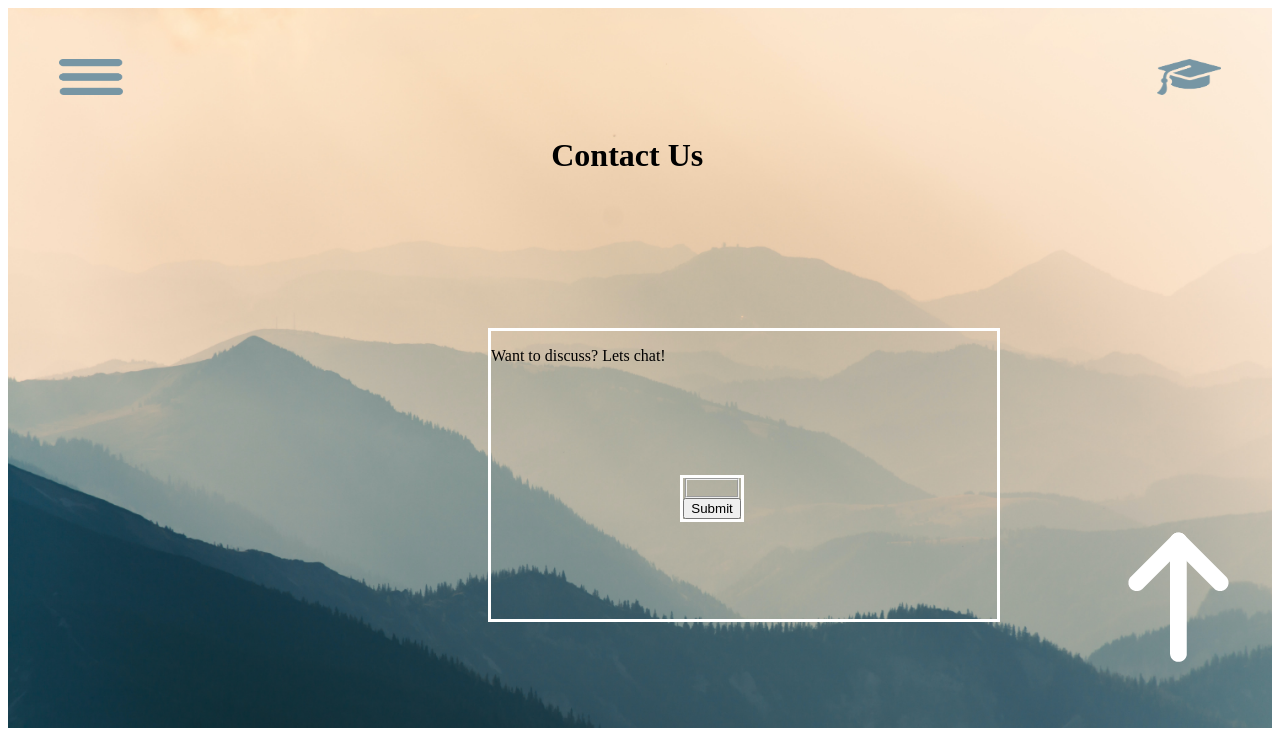
Repository: sierralaurent/MDIA2109-Assignment01
Page: /contact
The author's editor kept a copy of each file at every save. The page is drawn from the files as they stood at one save, then again after the next save.
The browser window is 1280 px wide. The pictures show the whole page.
The project was rebuilt for these pictures with package versions that can differ from the ones it lists, and the page was loaded fresh each time. The framework's server and built-in components were replaced by stand-ins that run in the browser. Also part of the build but not shown: next.config.js.

Above is the page before, as saved 2023-02-01 17:29:11.

### pages/contact.js
import Head from 'next/head'
import Image from 'next/image'
import { Inter } from '@next/font/google'
import styles from '@/styles/Home.module.css'
import Link from 'next/link'

export default function Contact() {
    return (
        <>
        <Head>
        <title>Contact Us</title>
        <meta name="author" content="MDIA 2109" />
        <meta property="og:title" content="Assignment #1 - Contact Us Page" />
        <meta property="og:description" content="BCIT Digital Design and Development Diploma" />
        <link rel="icon" href="/favicon.png" />
      </Head>
      <main className={styles.main}>
        <div className={styles.nav}>
            <img src="icons/menu-icon.png" className={styles.icon1}/>
            <img src="icons/graduation-hat.png" className={styles.icon2}/>
          </div>
          <div className={styles.header}><h1>Contact Us</h1></div>
        <div className={styles.field}>
            <p>Want to discuss? Lets chat!</p>
            <div className={styles.inputs}>
              <form>
                <fieldset>
                <table>
                    <thead>
                        <tr></tr>
                    </thead>
                    <thead>
                        <tr></tr>
                    </thead>
                </table>
                </fieldset>
            </form>
            <button type="submit">Submit</button>
              </div>
        </div>
        <div className={styles.bottom}>
            <a href="/about">
              <span className={styles.icon3}>
                <img src="icons/upwardArrow.png"/>
              </span>
            </a>
          </div>
      </main>
        </>
    )
  }

### styles/Home.module.css
.carouselImage {
  height: 200px;
  background-repeat: no-repeat;
  background-size: cover;
  display: flex;
  justify-content: center;
  align-items: center;
  margin: 40px 0px;
}
.main {
  background-image: url('../public/background-images/backgroundMountain.jpg');
  background-size: cover;
  height: 100vh;
  position: relative;
}

.header {
  position: absolute;
  top: 15%;
  right: 45%;
}

.intro {
  position: absolute;

}

.inputs {
  position: absolute;
  right: 50%;
  top: 50%;
  border: 3px solid white;
}

.field {
  position: absolute;
  height: 40%;
  width: 40%;
  top: 20rem;
  left: 30rem;
  border: 3px solid white;
}

.buttons {
  position: absolute;
  bottom: 6rem;
  left: 1rem;

}
.butt {
  border: 3px solid white;
  border-radius: 8%;
  background-color: transparent;
  width: 10vw;
  height: 2.5vh;
  max-width: 15vw;
  max-height: 5vh;
  font-size: 1.25vh;

}

.butt:hover {
  background-color: white;
  color: black;
}

.h1 {
  font-size: 50px;
  padding: 2%;
}
.p {
  font-size: 22px;
  padding: 2%;
}

.middle {
  position: absolute;
  height: 40vh;
  width: 40vw;
  max-width: 40vw;
  max-height: 40vh;
  top: 30rem;
  left: 20rem;
}

.icon1 {
  width: 5vw;
  height: 5vh;
  float: left;
}

.icon2 {
  width: 5vw;
  height: 5vh;
  float: right;
}

.icon3 {
  width: 5vw;
  height: 5vh;
  float: right;
}

.bottom {
  position: absolute;
  bottom: 10rem;
  right: 5rem;
}

.nav {
  padding: 4%;
}

Loaded but not shown: pages/_document.js (common file); pages/api/hello.js (common file)

After the next save:
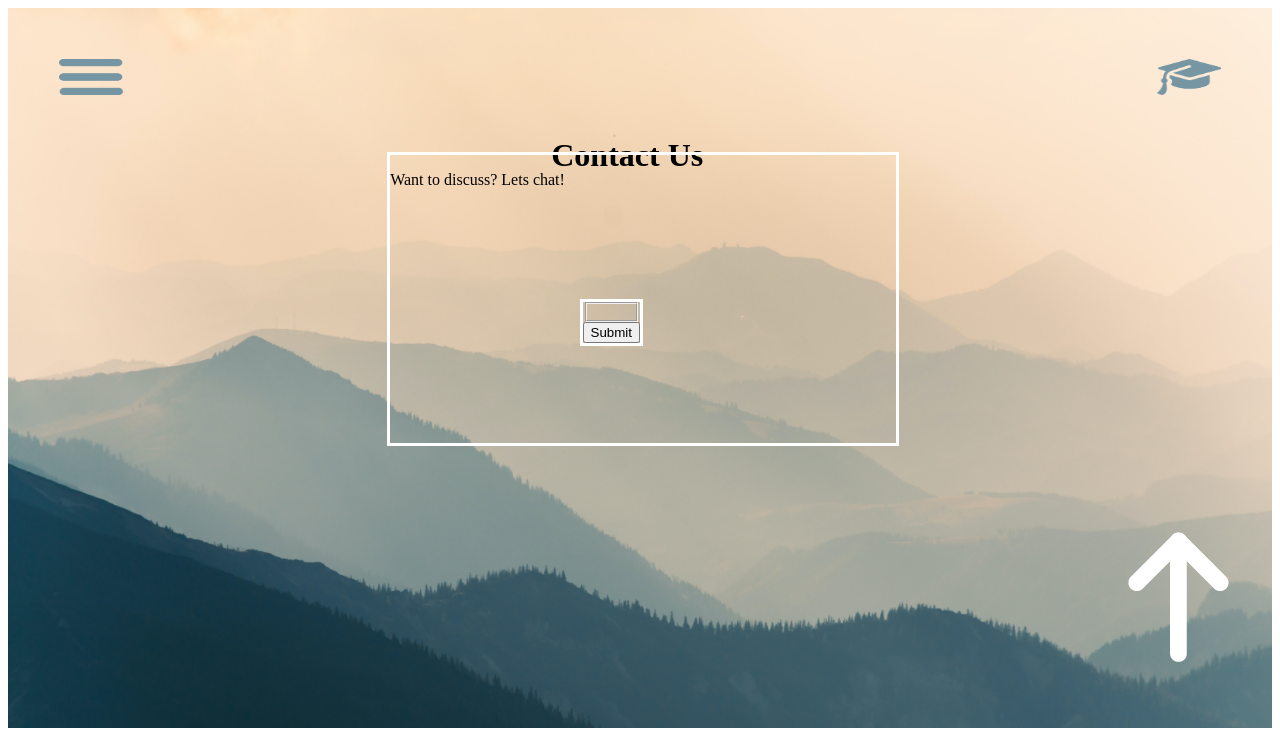
Saved 17 s later.
--- a/styles/Home.module.css
+++ b/styles/Home.module.css
@@ -36,8 +36,8 @@
   position: absolute;
   height: 40%;
   width: 40%;
-  top: 20rem;
-  left: 30rem;
+  top: 20%;
+  left: 30%;
   border: 3px solid white;
 }
 
